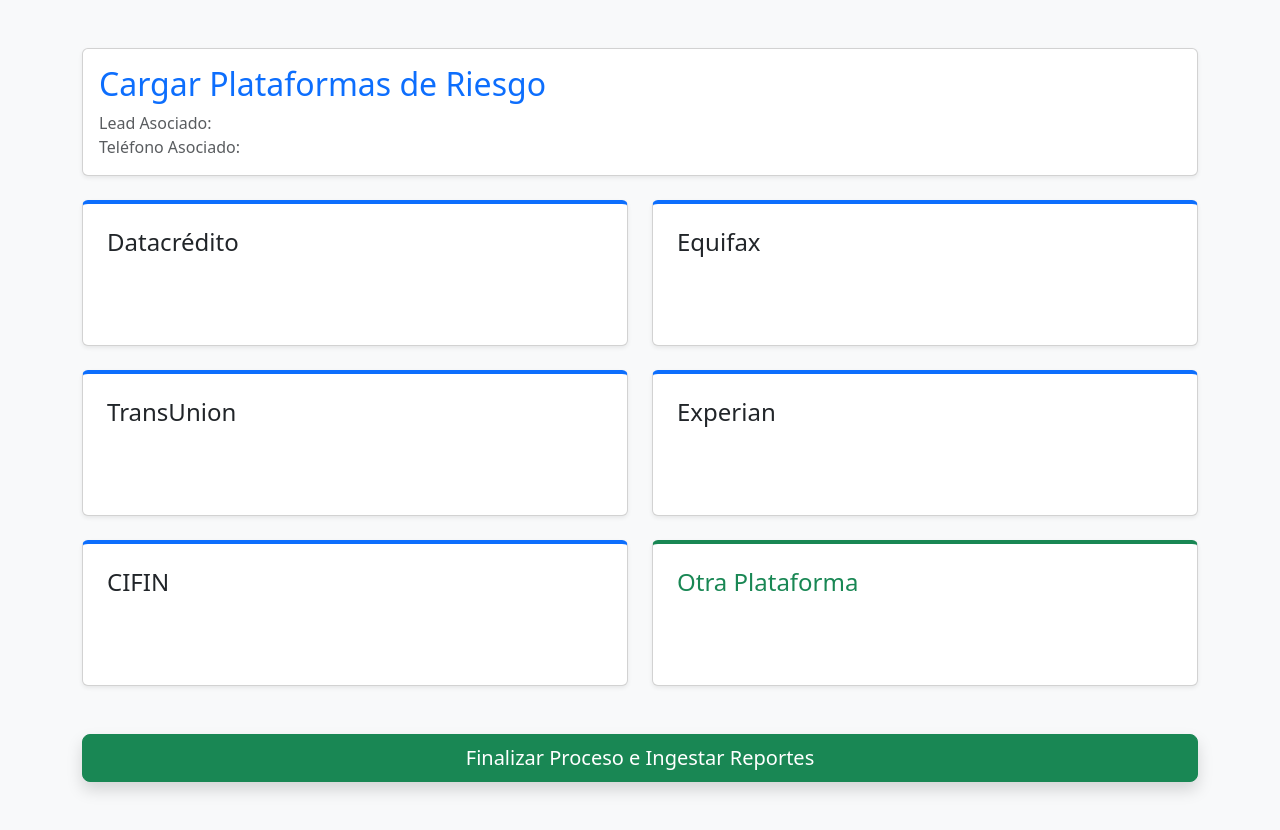
Repository: LuhizK/crm_ventas
Page: leads/templates/leads/registro_plataformas.html
These files come from the project's save history. The page is drawn as it stood at one moment and after the next save; the edit follows.
The browser window is 1280 px wide. The pictures show the whole page.
The template is drawn by Django 5.2. The application's start-up code is not run. The template is opened directly, without the code that normally fills it, so the values that code supplies are empty.

Above is the page before, as saved 2026-07-06 23:19:29.

After the next save:
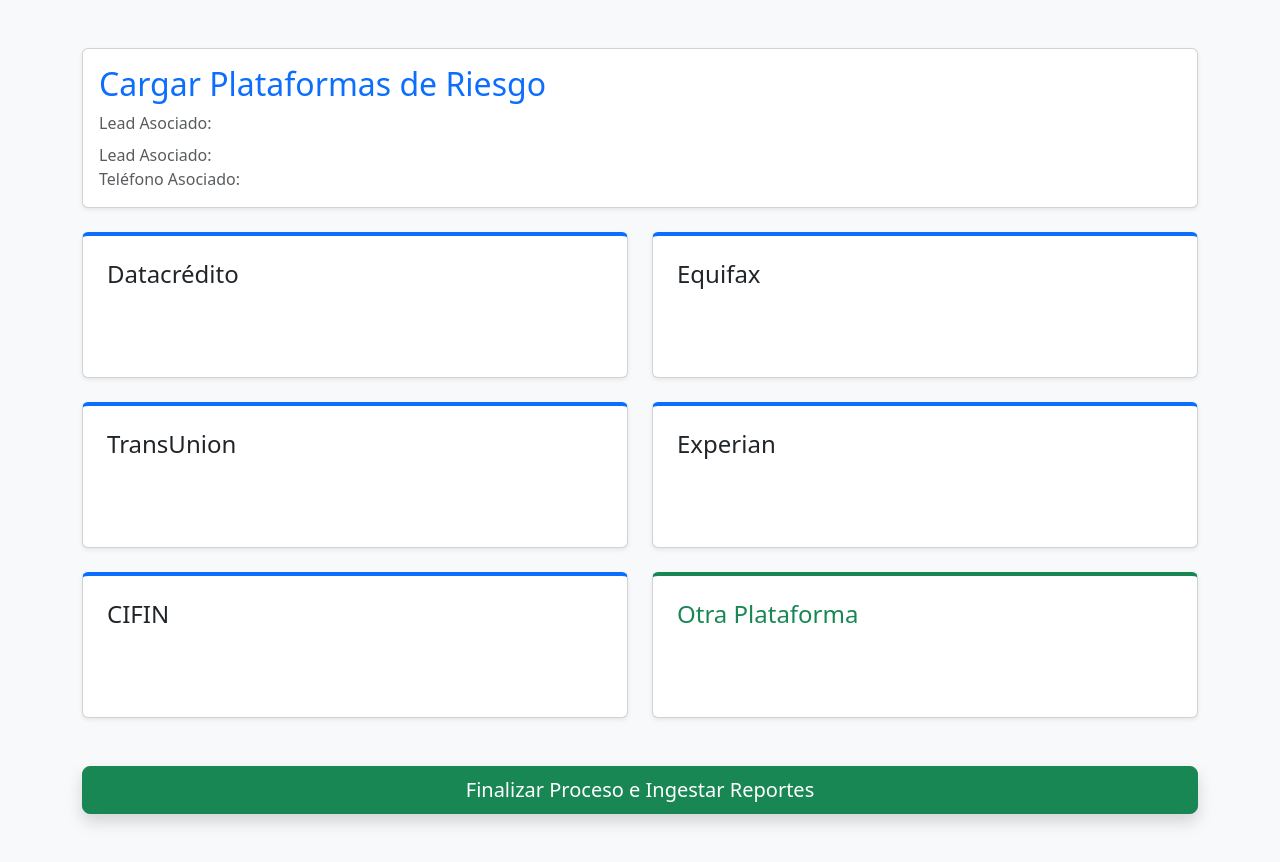
Saved 6 s later.
--- a/leads/templates/leads/registro_plataformas.html
+++ b/leads/templates/leads/registro_plataformas.html
@@ -15,7 +15,9 @@
     <div class="container mt-5 mb-5">
         <div class="card p-3 mb-4 bg-white shadow-sm">
             <h2 class="text-primary m-0">Cargar Plataformas de Riesgo</h2>
-
+            <p class="text-muted mt-2 mb-0">
+                Lead Asociado: <strong>{{ lead.id_lead }}</strong>
+            </p>
             <p class="text-muted mt-2 mb-0">
                 Lead Asociado: <strong>{{ lead.id_lead }}</strong>
             </p>
